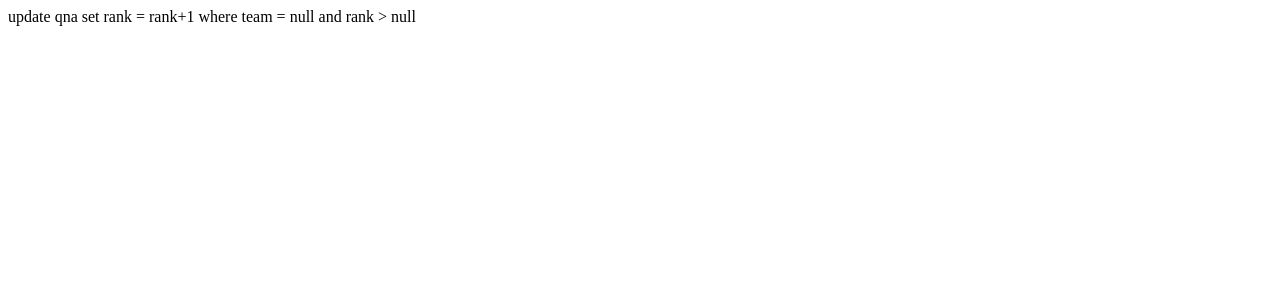
Repository: gudbrwkd98/JavaEE-JSP
Page: http://localhost/BoardApp/qna/reply.jsp
The author's editor kept a copy of each file at every save. The page is drawn from the files as they stood at one save, then again after a run of saves.
The browser window is 1280 px wide. The pictures show the whole page.
The page is served by Tomcat 9.

Above is the page before, as saved 2020-12-08 01:24:00.

After the next 2 saves:
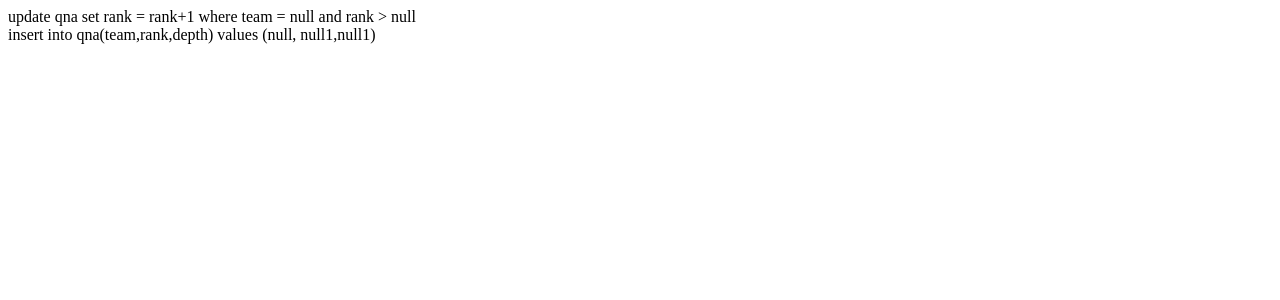
The 2 saves are shown as one change because 1 did not build or start.
The last was saved 103 s later.
--- a/BoardApp/WebContent/qna/reply.jsp
+++ b/BoardApp/WebContent/qna/reply.jsp
@@ -11,4 +11,8 @@ String depth = request.getParameter("depth");//내본글depth
 //1단계: 후발로 등록된 글이 들어갈 자리 확보 (기존글들을 밀어내는 효과)
 String sql = "update qna set rank = rank+1 where team = " + team + " and rank > " + rank;
 out.print(sql);
+out.print("<br>");
+//2단계: 내가본글의 바로 아래쪽에 답변 insert
+sql = "insert into qna(team,rank,depth) values ("+team+", "+ (rank+1)+","+(depth+1)+")";
+out.print(sql);
 %>
